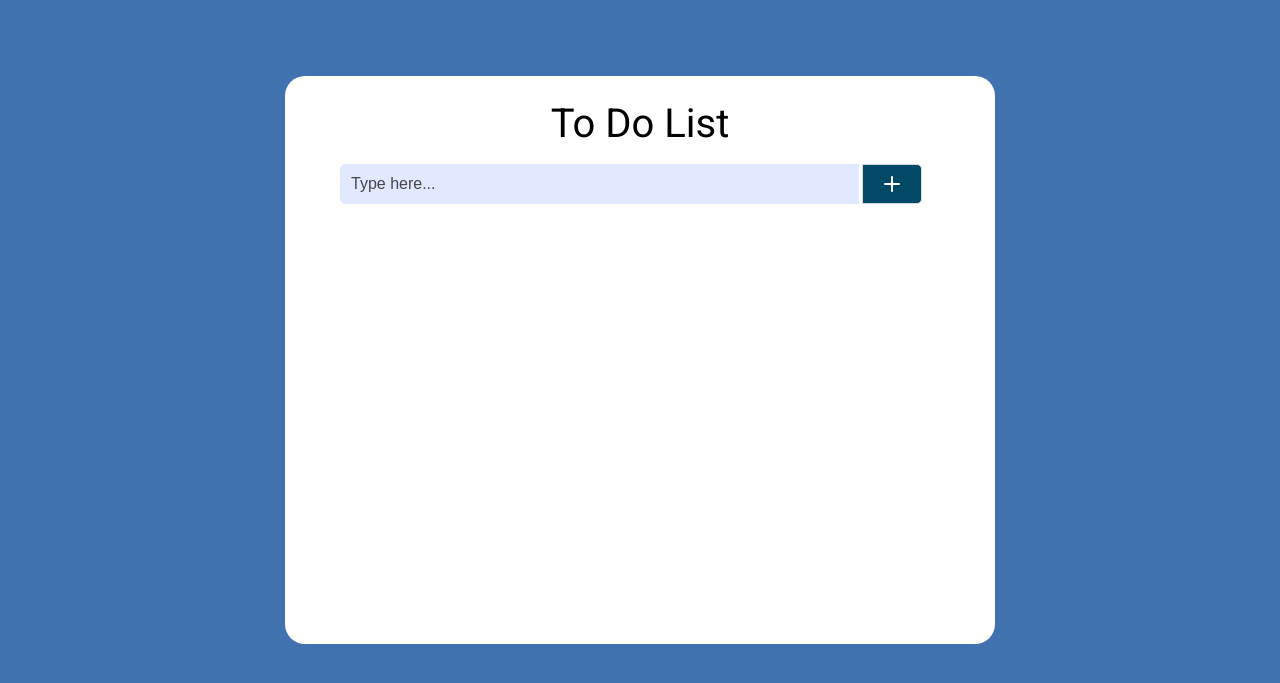
Repository: Azimich/react_ts_todo_vite_zustand
Page: /
The author's editor kept a copy of each file at every save. The page is drawn from the files as they stood at one save, then again after a run of saves.
The browser window is 1280 px wide. The pictures show the whole page.
The project was rebuilt for these pictures with package versions that can differ from the ones it lists, and the page was loaded fresh each time. Also part of the build but not shown: vite.config.ts.

Above is the page before, as saved 2023-03-29 00:58:43.

After the next 6 saves:
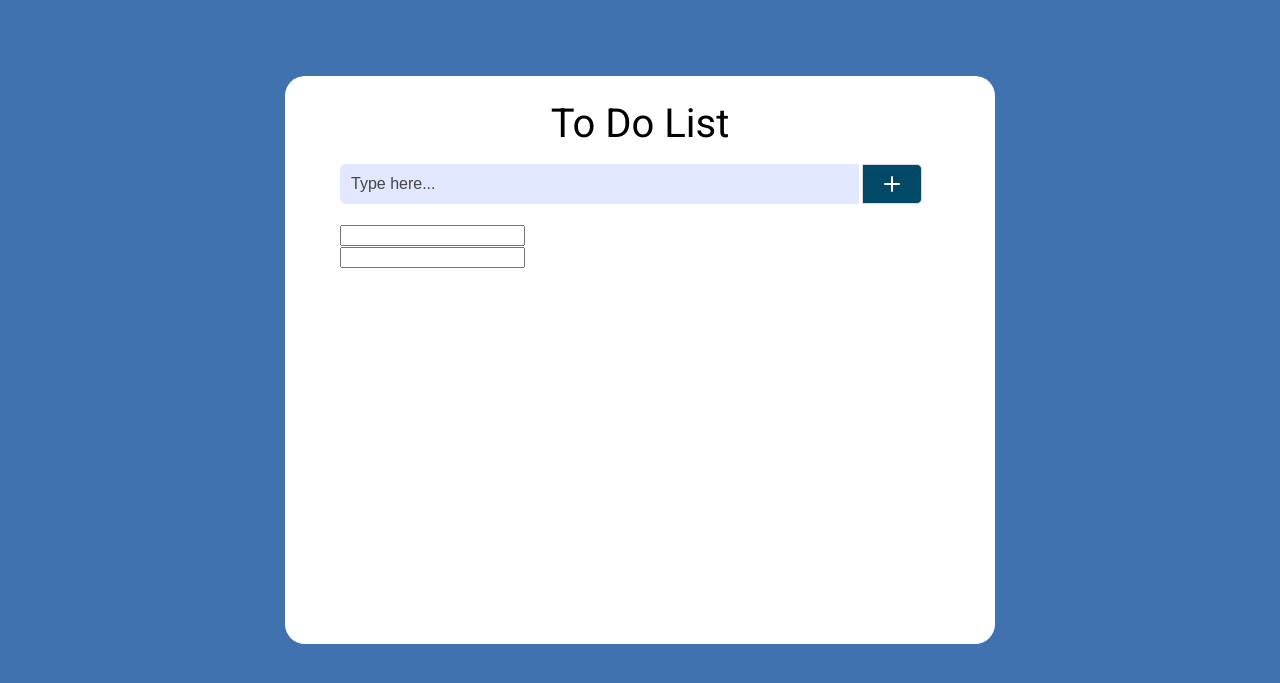
The 6 saves are shown as one change because they came seconds apart.
The last was saved 15 s later.
--- a/src/views/components/InputTask/index.tsx
+++ b/src/views/components/InputTask/index.tsx
@@ -12,7 +12,11 @@ interface IInputTask {
 
 const InputTask: FC<IInputTask> = ({ id, title, onDone, onEdited, onRemoved }) => {
   return (
-    <div></div>
+    <div>
+      <label htmlFor="">
+        <input type="text" />
+      </label>
+    </div>
   )
 };
 
